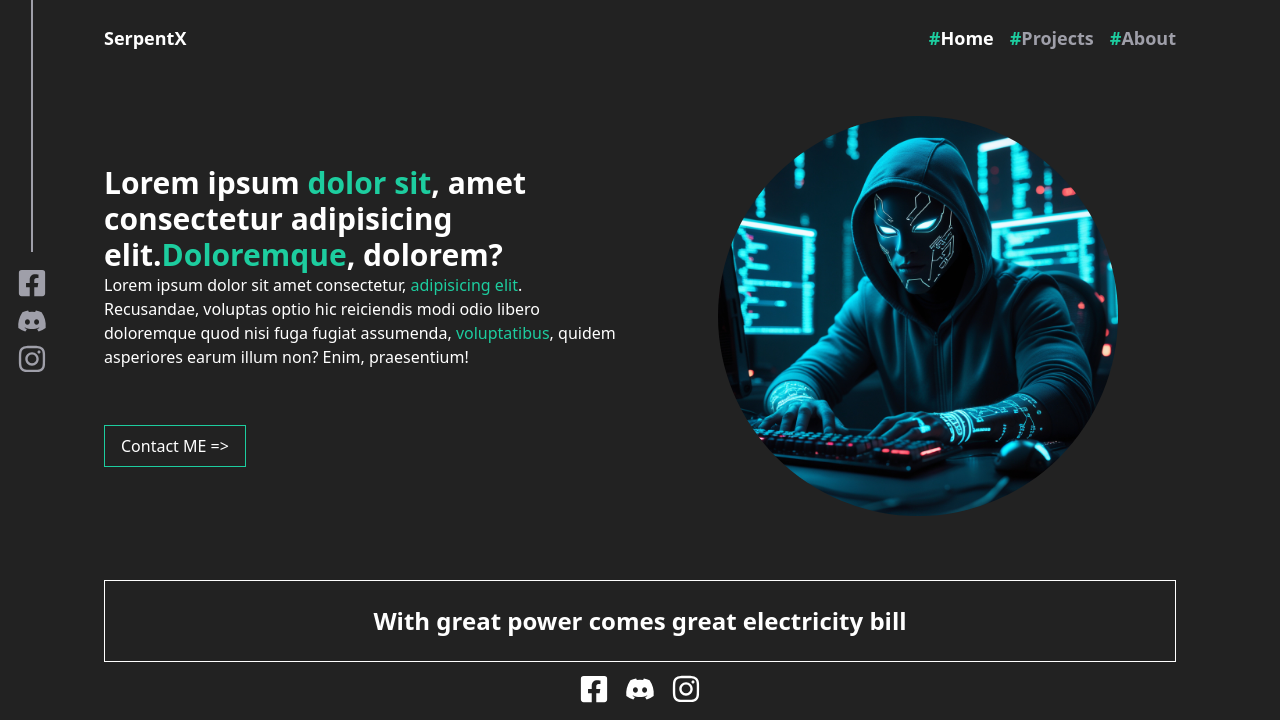
Repository: SERPENTX03/Portfolio-Tutorial
Page: /
The author's editor kept a copy of each file at every save. The page is drawn from the files as they stood at one save, then again after the next save.
The browser window is 1280 px wide. The pictures show the whole page.
The project was rebuilt for these pictures with package versions that can differ from the ones it lists, and the page was loaded fresh each time. The framework's server and built-in components were replaced by stand-ins that run in the browser. Also part of the build but not shown: next.config.ts.

Above is the page before, as saved 2025-04-19 20:57:48.

### app/layout.tsx
import type { Metadata } from "next";
import { Geist, Geist_Mono } from "next/font/google";
import "./globals.css";
import SideContact from "@/components/SideContact";
import Navbar from "@/components/nav/Navbar";

const geistSans = Geist({
  variable: "--font-geist-sans",
  subsets: ["latin"],
});

const geistMono = Geist_Mono({
  variable: "--font-geist-mono",
  subsets: ["latin"],
});

export const metadata: Metadata = {
  title: "Create Next App",
  description: "Generated by create next app",
};

export default function RootLayout({
  children,
}: Readonly<{
  children: React.ReactNode;
}>) {
  return (
    <html lang="en">
      <body
        className={`${geistSans.variable} ${geistMono.variable} antialiased`}
      >
        <SideContact />
        <main className="max-w-[1200px] mx-auto sm:px-16 px-3">
          <Navbar />
          {children}
        </main>
      </body>
    </html>
  );
}

### app/page.tsx
import Hero from "@/components/Hero";

const Home = () => {
  return (
    <div>
      <Hero />
    </div>
  );
};
export default Home;

### app/globals.css
@import "tailwindcss";

@theme {
  --color-primary: #1dcd9f;
  --color-background: #222222;
  --color-text: #9f9fa9;
}

@utility hover-btn {
  @apply hover:bg-primary/30 transition-colors duration-300 ease-in-out;
}

body {
  background-color: var(--color-background);
  color: white;
}

### components/SideContact.tsx
import Link from "next/link";
import { FaFacebookSquare } from "react-icons/fa";
import { FaDiscord } from "react-icons/fa";
import { FaInstagram } from "react-icons/fa";

const SideContact = () => {
  return (
    <div className="fixed top-0 left-0 w-16 lg:flex flex-col hidden ">
      {/* Line */}
      <div className="h-[35vh] relative">
        <div className="h-full border border-text absolute top-0 left-1/2 -translate-x-1/2"></div>
      </div>
      {/* Socials */}
      <div className="text-text mt-4 flex flex-col gap-2 items-center">
        <Link target="_blank" href="https://www.facebook.com/serpentx.dev">
          <FaFacebookSquare size={30} />
        </Link>
        <Link target="_blank" href="https://discord.gg/serpentx">
          <FaDiscord size={30} />
        </Link>
        <Link target="_blank" href="https://www.instagram.com/serpentx.dev">
          <FaInstagram size={30} />
        </Link>
      </div>
    </div>
  );
};
export default SideContact;

### components/nav/Navbar.tsx
import MenuHamburger from "./MenuHamburger";
import Navlink from "./Navlink";

const Navbar = () => {
  return (
    <div className="flex justify-between items-center py-6">
      <h1 className="text-lg font-semibold ">SerpentX</h1>
      <Navlink />
      <MenuHamburger />
    </div>
  );
};
export default Navbar;

### components/Hero.tsx
import Image from "next/image";

const Hero = () => {
  return (
    <section className="mt-10">
      <div className="flex flex-col sm:flex-row justify-between gap-10 items-center">
        <div className="w-full sm:w-1/2">
          <h2 className="text-3xl font-bold">
            Lorem ipsum <span className="text-primary">dolor sit</span>, amet
            consectetur adipisicing elit.
            <span className="text-primary">Doloremque</span>, dolorem?
          </h2>
          <p>
            Lorem ipsum dolor sit amet consectetur,{" "}
            <span className="text-primary">adipisicing elit</span>. Recusandae,
            voluptas optio hic reiciendis modi odio libero doloremque quod nisi
            fuga fugiat assumenda,{" "}
            <span className="text-primary">voluptatibus</span>, quidem
            asperiores earum illum non? Enim, praesentium!
          </p>
          <button className="hover-btn border border-primary px-4 py-2 mt-14 cursor-pointer">
            Contact ME ={">"}
          </button>
        </div>
        <div className="w-full sm:w-1/2 flex justify-center">
          <Image
            className="object-cover rounded-full"
            src="/images/hero.jpg"
            alt="hero"
            width={400}
            height={400}
          />
        </div>
      </div>
      <div className="mt-16">
        <h5 className="text-center text-2xl font-bold border py-6">
          With great power comes great electricity bill
        </h5>
      </div>
    </section>
  );
};
export default Hero;

### components/nav/MenuHamburger.tsx
"use client";
import { RiMenuFoldLine } from "react-icons/ri";
import { links } from "@/data/NavLink";
import { useEffect, useState } from "react";
import { IoClose } from "react-icons/io5";
import Link from "next/link";
import { usePathname } from "next/navigation";
import { motion, AnimatePresence } from "framer-motion";
import { FaDiscord, FaFacebookSquare, FaInstagram } from "react-icons/fa";

const MenuHamburger = () => {
  const [isOpen, setIsOpen] = useState(false);
  const pathname = usePathname();

  const handleOpen = () => {
    setIsOpen(!isOpen);
  };

  useEffect(() => {
    setIsOpen(false); // ปิดเมนูเมื่อ path เปลี่ยน
  }, [pathname]);
  return (
    <>
      <AnimatePresence mode="wait">
        {isOpen ? (
          <motion.div
            key="close"
            initial={{ rotate: -90, opacity: 0 }}
            animate={{ rotate: 0, opacity: 1 }}
            exit={{ rotate: 90, opacity: 0 }}
            transition={{ duration: 0.2 }}
            className="cursor-pointer block md:hidden z-50"
            onClick={handleOpen}
          >
            <IoClose size={30} />
          </motion.div>
        ) : (
          <motion.div
            key="menu"
            initial={{ rotate: 90, opacity: 0 }}
            animate={{ rotate: 0, opacity: 1 }}
            exit={{ rotate: -90, opacity: 0 }}
            transition={{ duration: 0.3 }}
            className="cursor-pointer block md:hidden z-10"
            onClick={handleOpen}
          >
            <RiMenuFoldLine size={30} />
          </motion.div>
        )}
      </AnimatePresence>
      {isOpen && (
        <ul className="fixed top-0 left-0 w-full h-screen bg-background ">
          <h1 className="text-2xl font-bold m-3">SerpentX</h1>
          {links.map((nav, index) => (
            <li
              key={index}
              className={`text-2xl m-3 font-semibold text-text ${
                pathname === nav.href ? "text-white" : "text-text"
              }`}
            >
              <Link href={nav.href}>
                <span className="text-primary">#</span>
                {nav.label}
              </Link>
            </li>
          ))}
        </ul>
      )}
      <div className="fixed bottom-4 left-1/2 -translate-x-1/2 flex gap-4">
        <Link target="_blank" href="https://www.facebook.com/serpentx.dev">
          <FaFacebookSquare size={30} />
        </Link>
        <Link target="_blank" href="https://discord.gg/serpentx">
          <FaDiscord size={30} />
        </Link>
        <Link target="_blank" href="https://www.instagram.com/serpentx.dev">
          <FaInstagram size={30} />
        </Link>
      </div>
    </>
  );
};
export default MenuHamburger;

### components/nav/Navlink.tsx
"use client";
import { links } from "@/data/NavLink";
import Link from "next/link";
import { usePathname } from "next/navigation";

const Navlink = () => {
  const pathname = usePathname();
  return (
    <ul className="md:flex gap-4 hidden ">
      {links.map((nav, index) => (
        <li
          key={index}
          className={`text-lg font-semibold text-text ${
            pathname === nav.href ? "text-white" : "text-text"
          }`}
        >
          <Link href={nav.href}>
            <span className="text-primary">#</span>
            {nav.label}
          </Link>
        </li>
      ))}
    </ul>
  );
};
export default Navlink;

### data/NavLink.ts
export const links = [
  {
    label: "Home",
    href: "/",
  },
  {
    label: "Projects",
    href: "/projects",
  },
  {
    label: "About",
    href: "/about",
  },
];

After the next save:
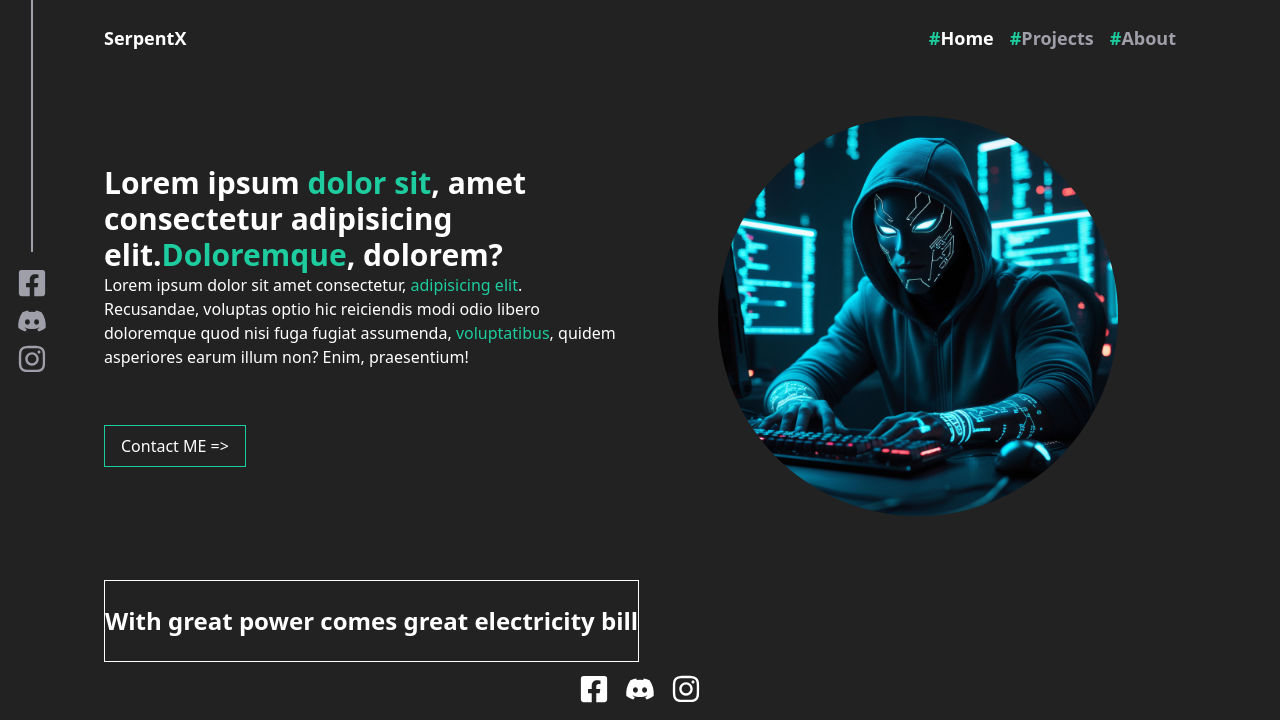
Saved 12 s later.
--- a/components/Hero.tsx
+++ b/components/Hero.tsx
@@ -33,7 +33,7 @@ const Hero = () => {
         </div>
       </div>
       <div className="mt-16">
-        <h5 className="text-center text-2xl font-bold border py-6">
+        <h5 className="text-center w-fit text-2xl font-bold border py-6">
           With great power comes great electricity bill
         </h5>
       </div>
